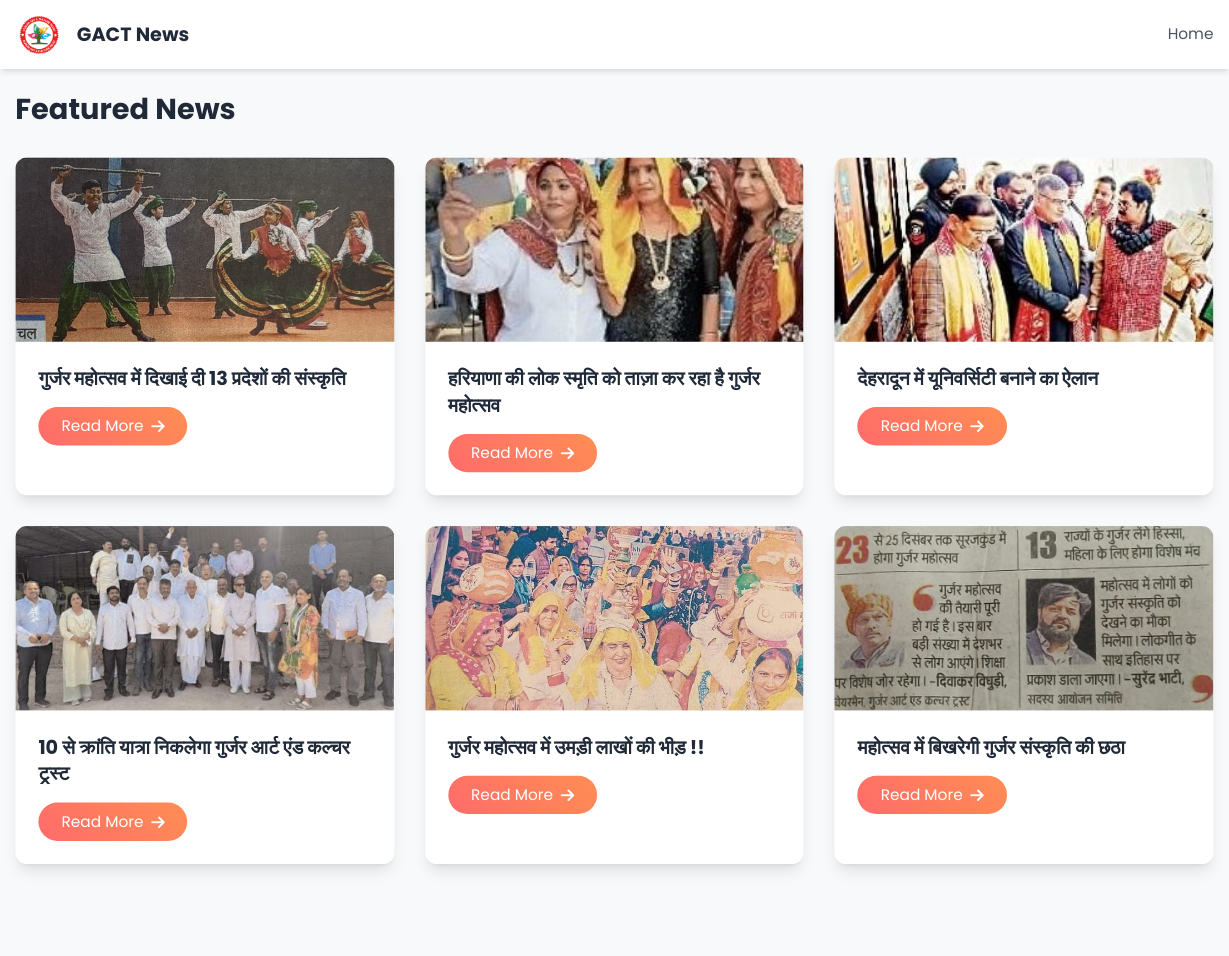
Repository: thegurjararyan/website-master
Page: Allnews.html
An editor plug-in stored every save of this project. The page is shown before and after the next save, followed by the edit.
The browser window is 1280 px wide. The pictures show the whole page, at 96% of full size.
Some web libraries are served in a nearby version.

Above is the page before, as saved 2024-11-08 14:14:03.

After the next save:
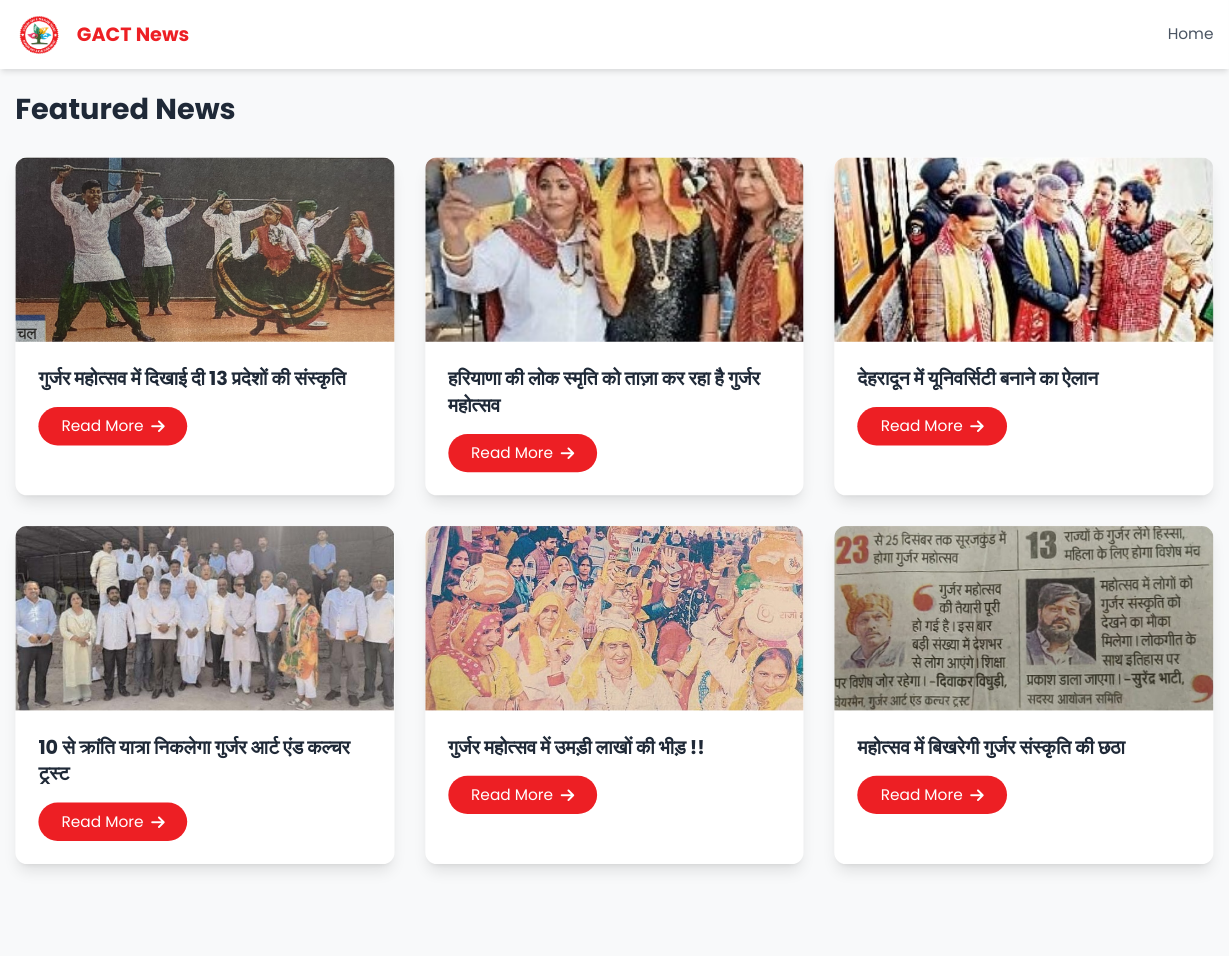
Saved 2 min 45 s later.
--- a/Allnews.html
+++ b/Allnews.html
@@ -50,7 +50,7 @@
         }
 
         .read-more-btn {
-            background: linear-gradient(45deg, #FF6B6B, #FF8E53);
+            background-color: #ed1f24;
             transition: all 0.3s ease;
         }
 
@@ -68,7 +68,7 @@
             <div class="flex justify-between items-center">
                 <div class="flex items-center space-x-4">
                     <img src="../assets/logo.png" alt="GACT Logo" class="h-12">
-                    <span class="text-xl font-bold text-gray-800">GACT News</span>
+                    <span class="text-xl font-bold text-[#ed1f24]">GACT News</span>
                 </div>
                 <a href="../index.html" class="nav-link text-gray-600 hover:text-gray-900">Home</a>
             </div>
